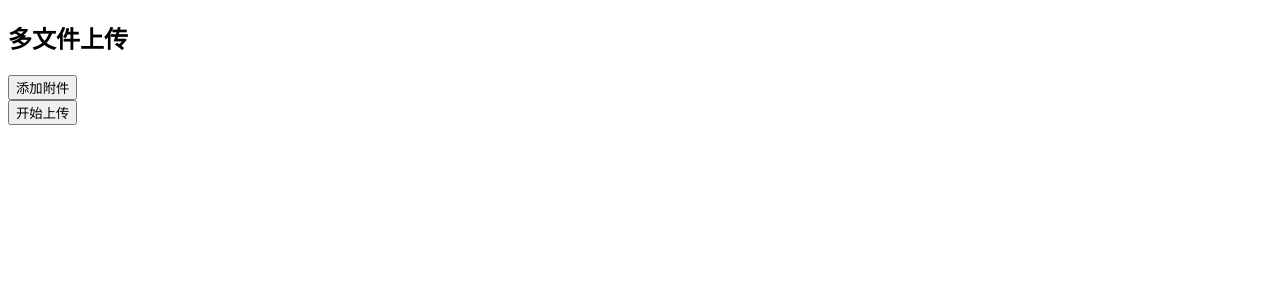
Repository: iamsongpeng/java-web-demo
Page: http://localhost/java-web-demo-upload-01/manyFileUpload.jsp
An editor plug-in stored every save of this project. The page is shown before and after the next save, followed by the edit.
The browser window is 1280 px wide. The pictures show the whole page.
After loading, the first visible `input` was clicked once.
The page is served by Tomcat 9. Other server files are loaded and not shown.

Above is the page before, as saved 2017-06-12 05:50:28.

### java-web-demo-upload-01/WebContent/manyFileUpload.jsp
<%@ page language="java" contentType="text/html; charset=UTF-8"
    pageEncoding="UTF-8"%>
<!DOCTYPE html PUBLIC "-//W3C//DTD HTML 4.01 Transitional//EN" "http://www.w3.org/TR/html4/loose.dtd">
<html>
<head>
<meta http-equiv="Content-Type" content="text/html; charset=UTF-8">
<title>多文件上传</title>
<script type="text/javascript">
	/*
	// 实现方式1：innerHTML
	// 增加
	function addItem() {
		var uploadDiv = document.getElementById("uploadDiv");
		uploadDiv.innerHTML += '<div><input type="file" name="uploadfile"><a href="javascript:void(0)" onclick="delItem(this)">删除</a></div>';
	}

	*/

	// 实现方式2：appendChild 和 createElement
	function addItem() {
		// 创建 div 标签
		var _div = document.createElement("div");
		// 创建 input 标签
		var _input = document.createElement("input");
		// 添加属性
		_input.setAttribute("type", "file");
		_input.setAttribute("name", "upload");
		// 创建 a 标签
		var _a = document.createElement("a");
		// 添加属性
		_a.setAttribute("href", "javascript:void(0)");
		_a.setAttribute("onclick", "delItem(this)");

		_div.appendChild(_input);
		_div.appendChild(_a);
	}

	// 删除
	function delItem(_this) {
		document.getElementById("uploadDiv").removeChild(_this.parentNode);
	}
</script>
</head>
<body>
	<h2>多文件上传</h2>
	<form method="post" enctype="multipart/form-data" action="${pageContext.request.contextPath }/uploadFiles">
		<input type="button" value="添加附件" onclick="addItem()">
		<div id="uploadDiv">
		</div>
		<input type="submit" value="开始上传">
	</form>
</body>
</html>

After the next save:
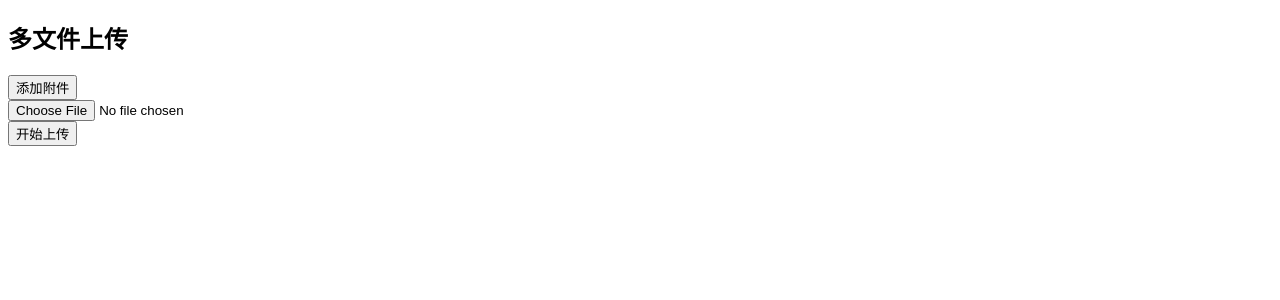
Saved 15 min 46 s later.
--- a/java-web-demo-upload-01/WebContent/manyFileUpload.jsp
+++ b/java-web-demo-upload-01/WebContent/manyFileUpload.jsp
@@ -33,6 +33,7 @@
 
 		_div.appendChild(_input);
 		_div.appendChild(_a);
+		document.getElementById("uploadDiv").appendChild(_div);
 	}
 
 	// 删除
